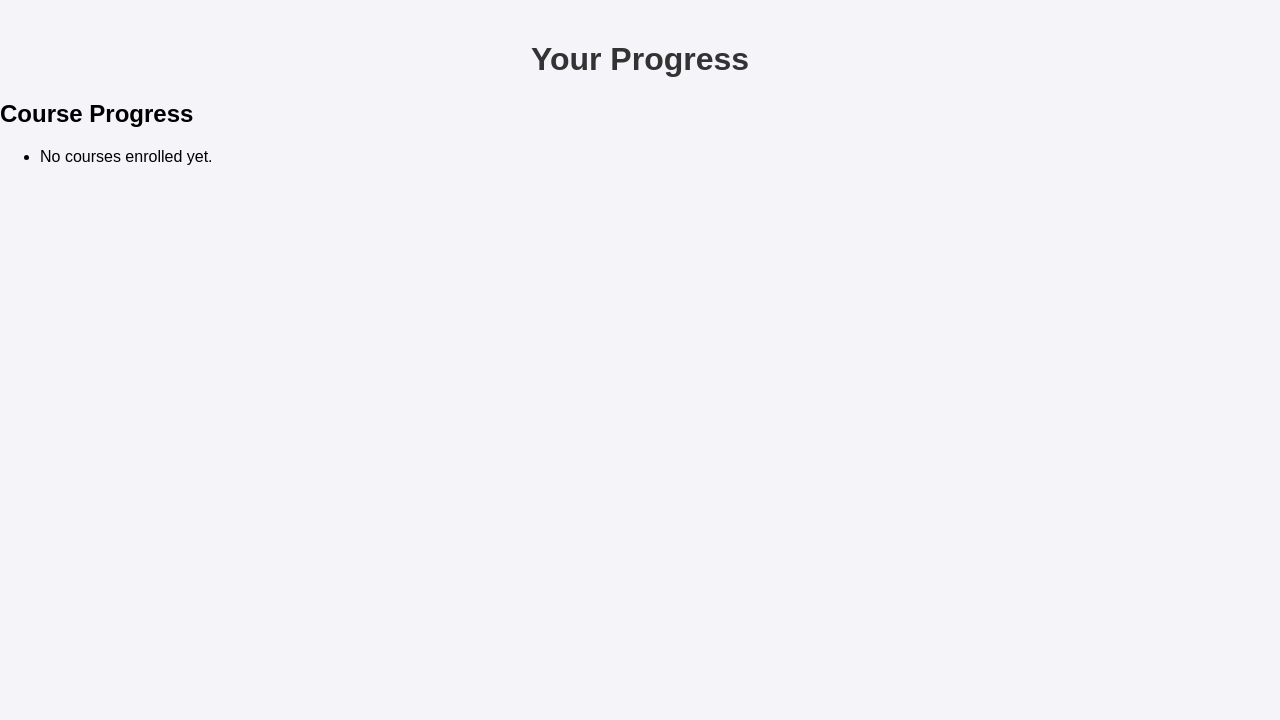
Repository: Syed1818/project
Page: http://localhost/progress-tracker.php
The author's editor kept a copy of each file at every save. The page is drawn from the files as they stood at one save, then again after the next save.
The browser window is 1280 px wide. The pictures show the whole page.
The page is run by PHP 8.4 with error messages shown; the project is at /var/www/html/. The session is filled in as if someone had signed in: {"user_id": 1}. Queries for data that is not in the repository find no rows.

Above is the page before, as saved 2024-12-05 13:43:18.

After the next save:
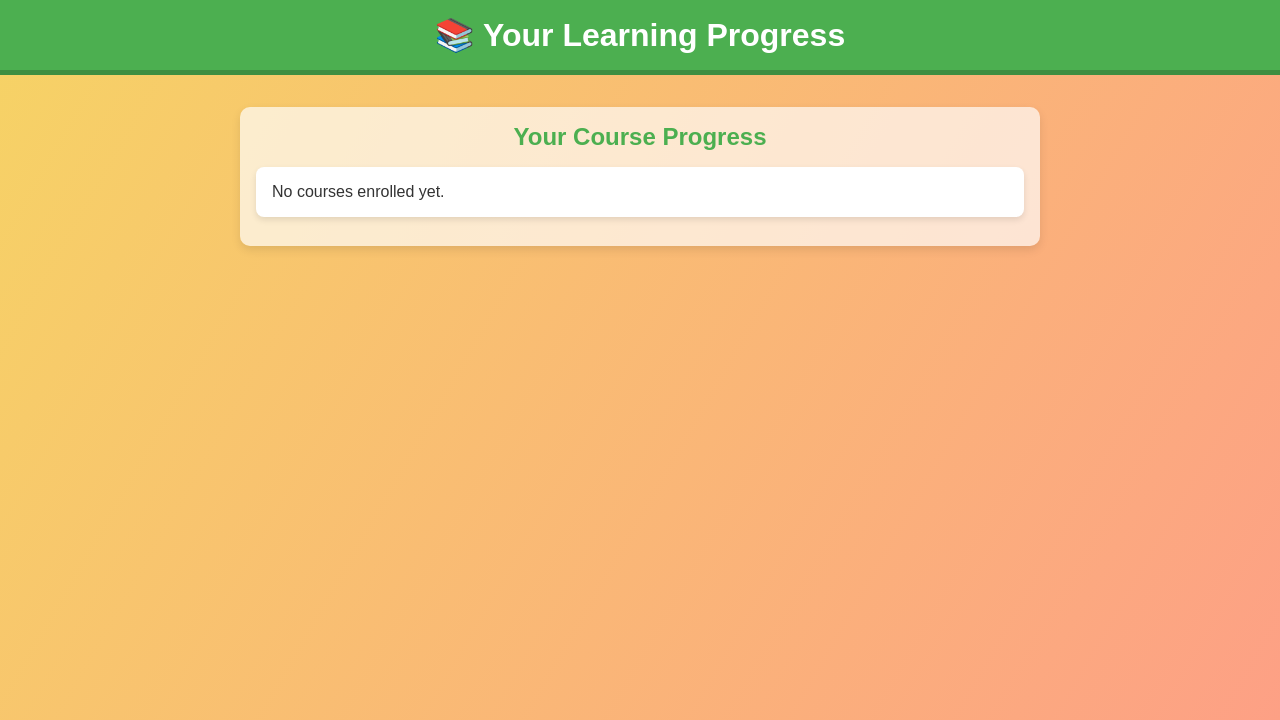
Saved 39 s later.
--- a/progress-tracker.php
+++ b/progress-tracker.php
@@ -1,5 +1,5 @@
 <?php
-session_start(); // Only here, not in fetch-progress.php
+session_start();
 
 if (!isset($_SESSION['user_id'])) {
     header("Location: login.php");
@@ -12,17 +12,137 @@ if (!isset($_SESSION['user_id'])) {
 <head>
     <meta charset="UTF-8">
     <meta name="viewport" content="width=device-width, initial-scale=1.0">
-    <link rel="stylesheet" href="css/styles.css">
     <title>Progress Tracker</title>
+    <style>
+        /* General Reset */
+* {
+    margin: 0;
+    padding: 0;
+    box-sizing: border-box;
+}
+
+body {
+    font-family: 'Arial', sans-serif;
+    background: linear-gradient(120deg, #f6d365, #fda085);
+    color: #333;
+    min-height: 100vh;
+    display: flex;
+    flex-direction: column;
+}
+
+/* Header Styling */
+.header {
+    background-color: #4CAF50;
+    color: white;
+    padding: 1rem;
+    text-align: center;
+    border-bottom: 5px solid #3e8e41;
+}
+
+.header h1 {
+    font-size: 2rem;
+    font-weight: bold;
+}
+
+/* Section Styling */
+.progress-section {
+    margin: 2rem auto;
+    padding: 1rem;
+    max-width: 800px;
+    background: #ffffffaa;
+    border-radius: 10px;
+    box-shadow: 0 4px 10px rgba(0, 0, 0, 0.1);
+}
+
+.progress-section h2 {
+    font-size: 1.5rem;
+    text-align: center;
+    margin-bottom: 1rem;
+    color: #4CAF50;
+}
+
+/* Progress List Styling */
+.progress-container ul {
+    list-style: none;
+    padding: 0;
+}
+
+.progress-container li {
+    background: #fff;
+    margin: 0.8rem 0;
+    padding: 1rem;
+    border-radius: 8px;
+    box-shadow: 0 3px 6px rgba(0, 0, 0, 0.1);
+    display: flex;
+    flex-direction: column;
+    gap: 0.5rem;
+}
+
+.progress-container strong {
+    font-size: 1.2rem;
+    color: #333;
+}
+
+.progress-container form {
+    display: flex;
+    justify-content: space-between;
+    align-items: center;
+    gap: 1rem;
+}
+
+/* Progress Bar */
+.progress-bar {
+    width: 100%;
+    background: #e0e0e0;
+    border-radius: 20px;
+    height: 15px;
+    position: relative;
+    overflow: hidden;
+}
+
+.progress-bar span {
+    display: block;
+    height: 100%;
+    background-color: #4CAF50;
+    width: 0;
+    border-radius: 20px;
+    transition: width 0.4s ease-in-out;
+}
+
+/* Inputs and Buttons */
+input[type="number"] {
+    width: 60px;
+    padding: 0.5rem;
+    border: 1px solid #ccc;
+    border-radius: 5px;
+}
+
+button {
+    background-color: #4CAF50;
+    color: white;
+    border: none;
+    padding: 0.5rem 1rem;
+    border-radius: 5px;
+    cursor: pointer;
+    transition: background-color 0.3s;
+}
+
+button:hover {
+    background-color: #45a049;
+}
+
+    </style>
 </head>
 <body>
-    <header>
-        <h1>Your Progress</h1>
+    <header class="header">
+        <h1>📚 Your Learning Progress</h1>
     </header>
     <main>
-        <section>
-            <h2>Course Progress</h2>
-            <?php include 'fetch_progress.php'; ?>
+        <section class="progress-section">
+            <h2>Your Course Progress</h2>
+            <div class="progress-container">
+                <?php include 'fetch_progress.php'; ?>
+            </div>
         </section>
     </main>
 </body>
